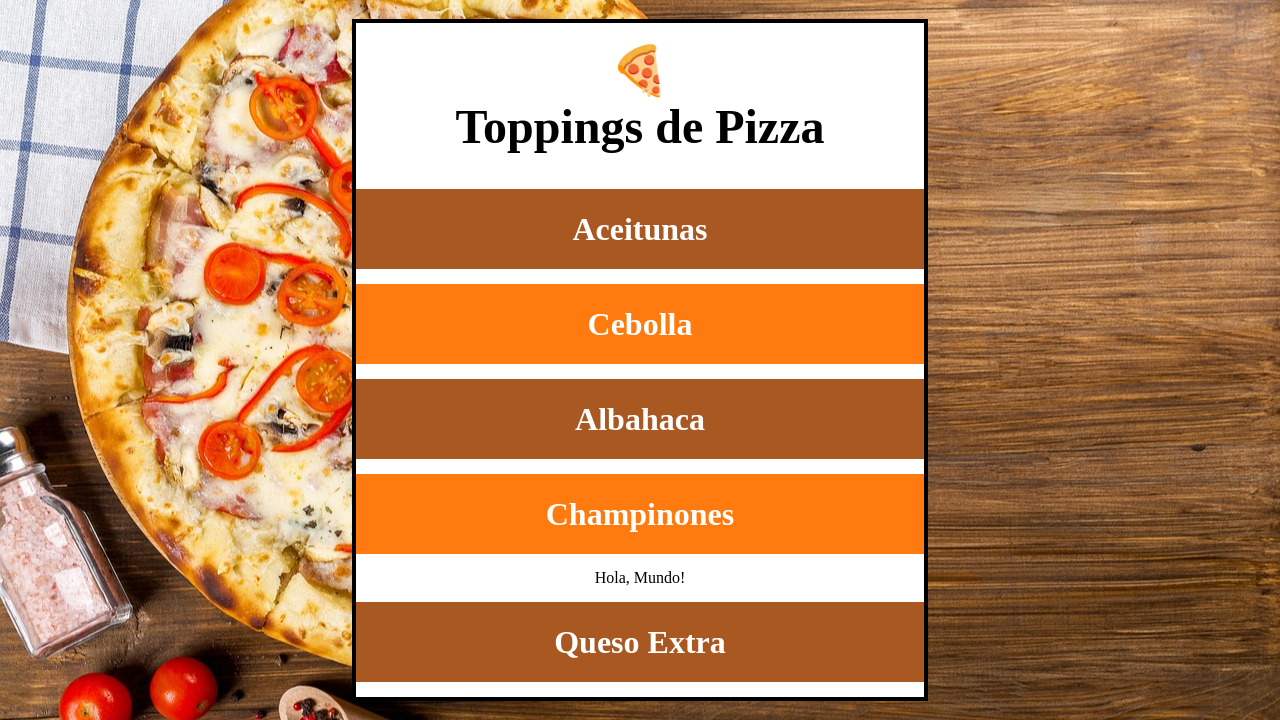
Repository: JoyMoGas/javascript-learn
Page: toppings-de-pizza/index.html
These files come from the project's save history. The page is drawn as it stood at one moment and after the next save; the edit follows.
The browser window is 1280 px wide. The pictures show the whole page.

Above is the page before, as saved 2024-05-08 22:08:45.

After the next save:
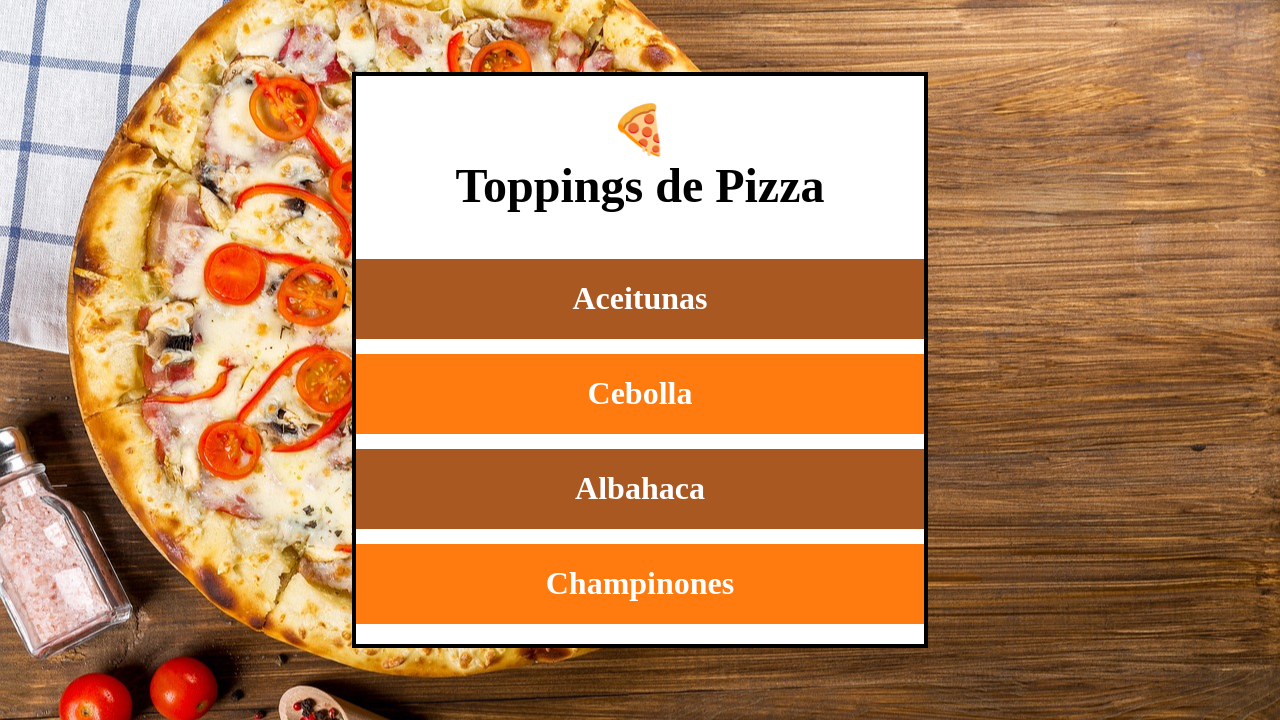
Saved 21 s later.
--- a/toppings-de-pizza/app.js
+++ b/toppings-de-pizza/app.js
@@ -55,18 +55,9 @@ toppingNuevo.classList.add('topping', 'fondo-marron');
 toppingNuevo.innerText = 'Queso Extra';
 
 listaDeToppings.append(toppingNuevo);
+listaDeToppings.append('Hola, Mundo!')
 
+listaDeToppings.appendChild(toppingNuevo);
 toppingNuevo.remove()
 
 */
-
-const listaDeToppings = document.getElementById('lista-toppings');
-
-const toppingNuevo = document.createElement('li');
-
-toppingNuevo.classList.add('topping', 'fondo-marron');
-toppingNuevo.innerText = 'Queso Extra';
-
-listaDeToppings.append('Hola, Mundo!')
-
-listaDeToppings.appendChild(toppingNuevo);
